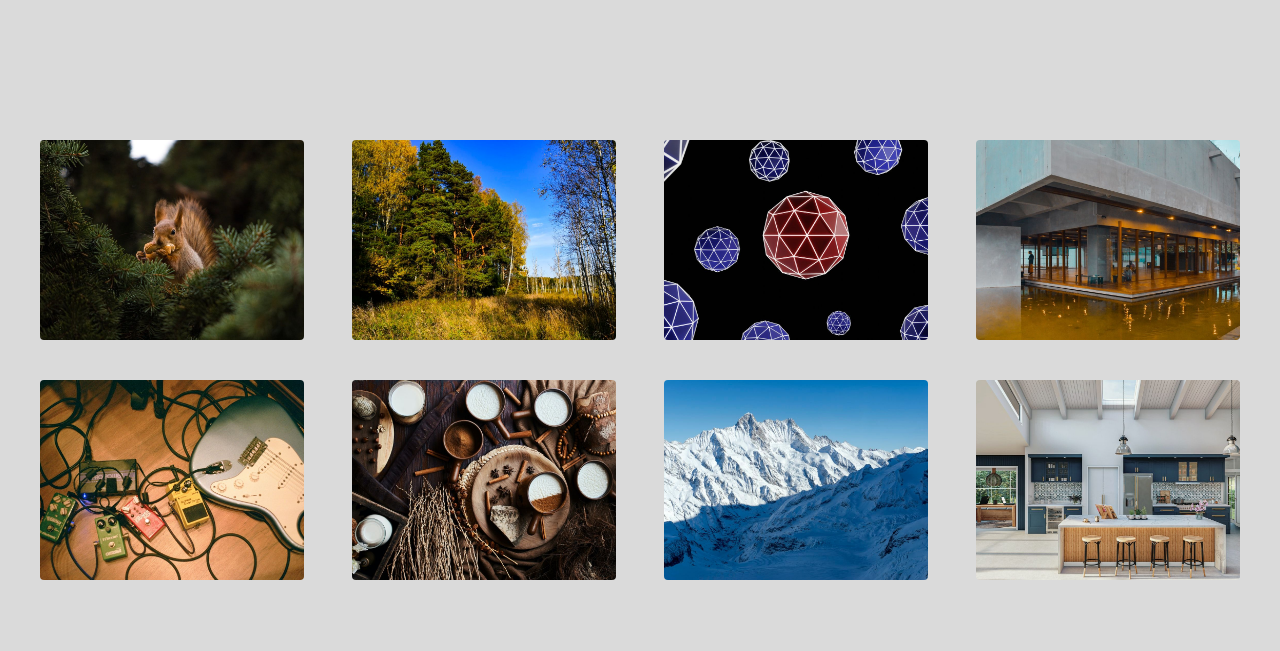
Repository: QUANGTHAI2003/images-gallery
Page: index.html
An editor plug-in stored every save of this project. The page is shown before and after the next save, followed by the edit.
The browser window is 1280 px wide. The pictures show the whole page.
After loading, the first visible `img` was clicked once.

Above is the page before, as saved 2022-03-01 16:31:00.

After the next save:
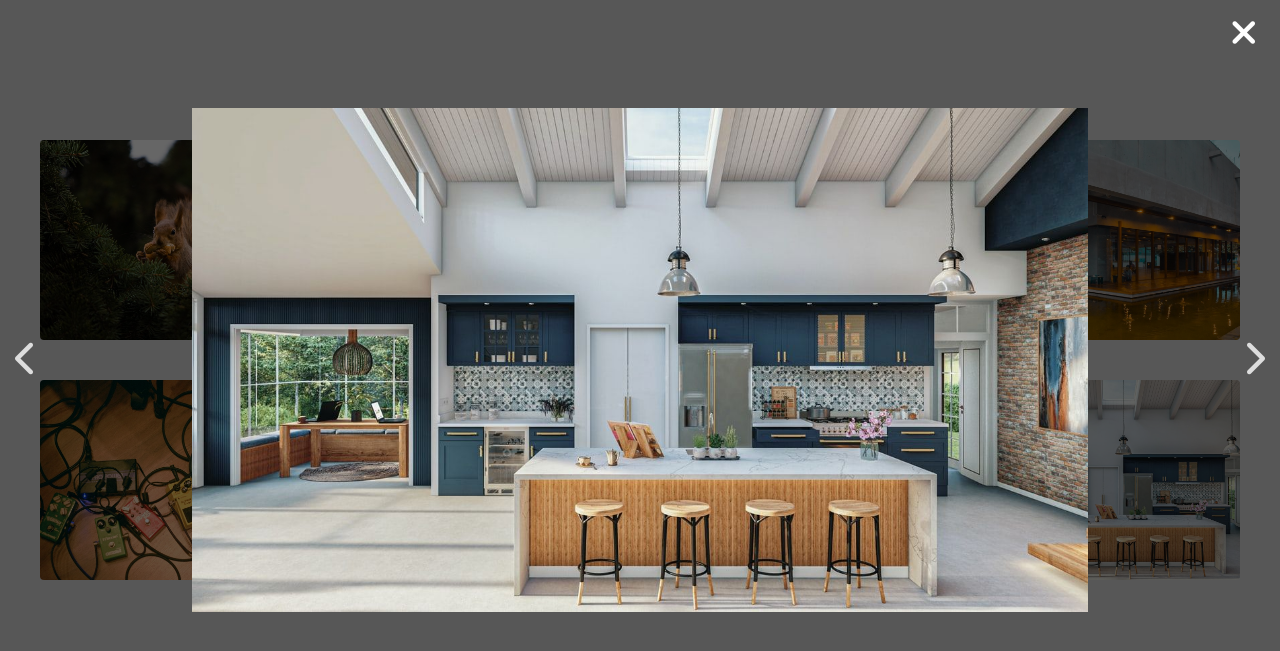
Saved 9 s later.
--- a/app.js
+++ b/app.js
@@ -9,6 +9,6 @@ var currentIndex = 0;
 
 images.forEach(item => {
     item.addEventListener('click', function () {
-        gallery.classList.add('gallery--show');
+        gallery.classList.add('show');
     });
 })
